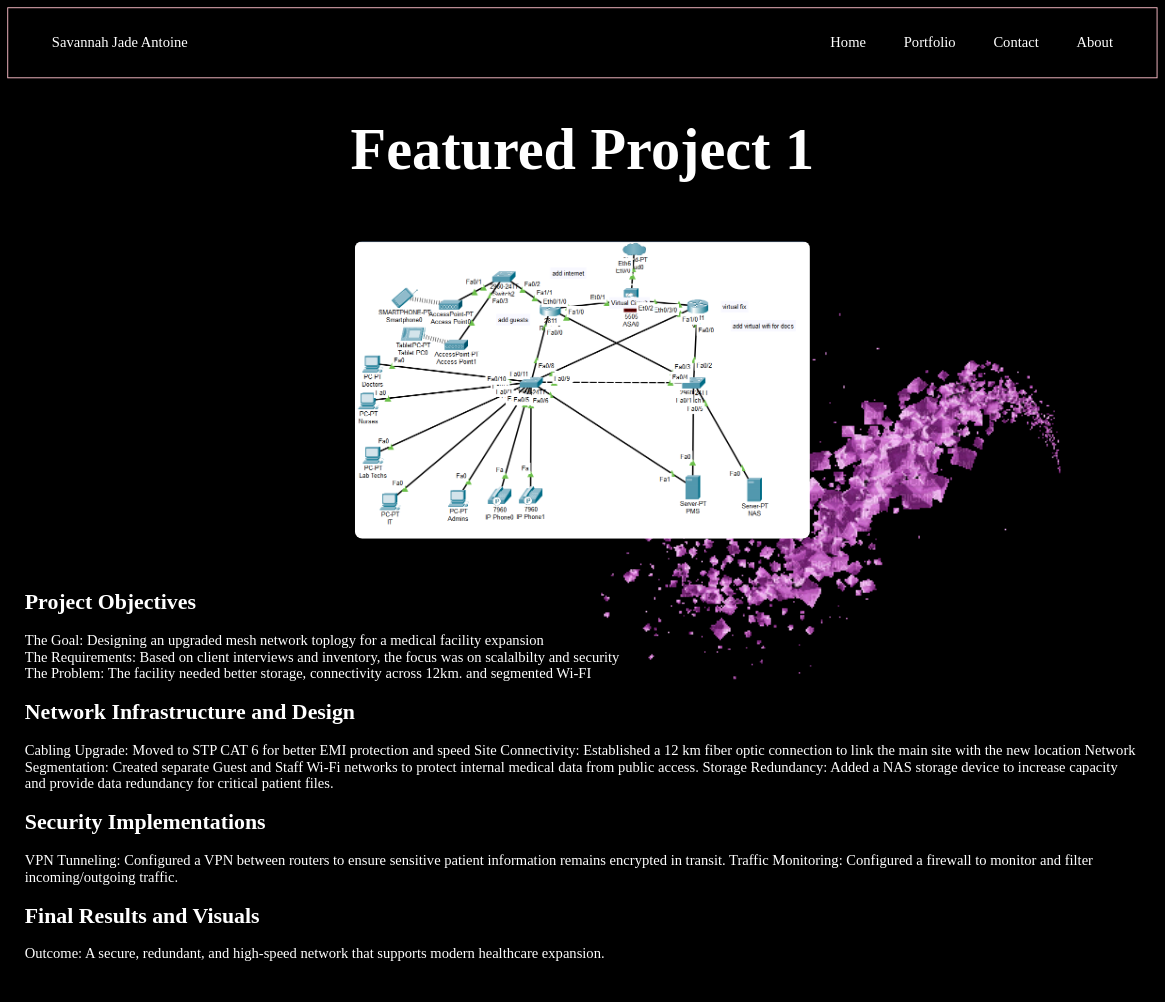
Repository: Savannah-Antoine/Savannah-Antoine
Page: pages/project-name-1.html
An editor plug-in stored every save of this project. The page is shown before and after the next save, followed by the edit.
The browser window is 1280 px wide. The pictures show the whole page, at 91% of full size.

Above is the page before, as saved 2026-05-15 15:39:11.

### pages/project-name-1.html
<!DOCTYPE html>
<html lang="en">
<head>
    <meta charset="UTF-8">
    <meta name="viewport" content="width=device-width, initial-scale=1.0">
    <link rel = "stylesheet" href = "../styles/page.css" />
    <link rel = "stylesheet" href = "../styles/globals.css" />
    <title>Document</title>
</head>
<body>
<header>
<nav>
        <ul class = "navigation">
  <li><a href="../index.html">Home</a></li>
  <li><a href="../pages/portfolioPage.html">Portfolio</a></li>
  <li><a href="../pages/contact.html">Contact</a></li>
  <li><a href="../pages/about.asp">About</a></li>
        </ul>

        <ul class = "homeButton">
           <li><a   href = "../index.html">Savannah Jade Antoine</a></li>
        </ul>
</nav>
    <h1>Featured Project 1</h1>
</header>
<main class = "container">


<div class = "project-visuals">
<img src = "../assets/images/Project1.png" alt = "First Portfolio placeholder image" />
</div>
<div class = "project-details">
<section>
<h2>Project Objectives</h2>
    <p>
        The Goal: Designing an upgraded mesh network toplogy for a medical facility expansion<br>
        The Requirements: Based on client interviews and inventory, the focus was on scalalbilty and security<br>
        The Problem: The facility needed better storage, connectivity across 12km. and segmented Wi-FI
    </p>
<h2>Network Infrastructure and Design</h2>
<p>
    Cabling Upgrade: Moved to STP CAT 6 for better EMI protection and speed
    Site Connectivity: Established a 12 km fiber optic connection to link the main site with the new location
    Network Segmentation: Created separate Guest and Staff Wi-Fi networks to protect internal medical data from public access.
     Storage Redundancy: Added a NAS storage device to increase capacity and provide data redundancy for critical patient files.
</p>


<h2>Security Implementations</h2>
<p>
VPN Tunneling: Configured a VPN between routers to ensure sensitive patient information remains encrypted in transit.

Traffic Monitoring: Configured a firewall to monitor and filter incoming/outgoing traffic.

</p>


<h2>Final Results and Visuals</h2>

<p>
    Outcome: A secure, redundant, and high-speed network that supports modern healthcare expansion.
</p>
</section>
</div>



</main>

</body>
</html>

### styles/page.css

.container{
  display: flex;
    flex-direction: column;
    align-items: left;
    gap: 2rem;
    padding: 1.2rem;

}

.project-details{
    text-align: left;
    justify-content: center;
}


body h1{
    font-size: 2.5rem;

}


img {
    width: 100%;
    max-width: 500px; /* Increased slightly for detail */
    height: auto;
    border-radius: 8px;
}

### styles/globals.css
body {
    background-color: black;
  background-image: url(/assets/images/background-pic.gif);
  background-repeat: no-repeat;
  background-size: cover;
  color: white;
  font-size: 1rem;
  text-align: center;
}

.homeButton{
  order: -1;
  list-style-type: none;
  margin: 0;
  padding: 0;
  display: flex;
  justify-content: left;

}

.navigation {
    display: grid;
    grid-template-columns: repeat(2, 1fr);
    gap: 0.6rem;
    text-align: right;
}




nav {
    display: flex;
    justify-content: space-between;
    align-items: center;
    padding: 1rem 2rem;

    border: 0.1rem solid pink;
    cursor: pointer;


}



nav ul {
    display: flex;
    list-style: none;
    gap: 1rem;
    margin: 0;
    padding: 0;
}
button {
    padding: 0.7rem 1.2rem;
    background-color: transparent;
    color: white;
    border: 0.1rem solid pink;
    cursor: pointer;
    transition: all 0.3s ease;
    border-radius: 0.2rem;
    gap: 1rem;
}
button:hover {
    background-color: pink;
    color: rgb(31, 1, 31);
    transform: translateY(-3px);
    box-shadow: 0 0.3rem 1rem rgba(255, 255, 255, 0.3);
}

.infoButtons {
    display: flex;
    justify-content: center;
    gap: 1.5rem;
    margin-top: 1.4rem;
    min-width: 100px;
    padding: 0.7rem 0.9rem;
}

li a {
  display: block;
  color: white;
  padding: 0.8rem 1rem;
  text-decoration: none;
}

ul li a:hover {
 background-color: pink;
  color: rgb(31, 1, 31);
  box-shadow: 0 0.5rem 0.9rem rgba(255, 255, 255, 0.3)
}

h1{

  font-size: 4rem;
}

@media screen and (min-width: 768px)
{




    #AboutMe img {
        width: 300px;
        border-radius: 10px;
    }
   body h1 {
        font-size: 4rem;
    }
    .container {
        flex-direction: row;
        flex-wrap: wrap;
        align-items: flex-start;
        justify-content: space-around;
    }
    .project-card {
        width: 30%;
        width:300px;
        min-width: 250px;
        text-align: center;
    }
    .project-card img{
       width: 100%;
    height: 250px;
    object-fit: cover;
    object-position: top;
    border-radius: 0.5rem;


    }


    .navigation{
        display:flex;
    }

}


@media screen and (min-width: 1000px)
{
    .container {
        margin: 0 auto;
    }
    .aboutMe {
        flex-direction: row;
        justify-content: center;
        align-items: flex-start;
        text-align: left;
        gap: 4rem;

    }
    #AboutMe
    {
        padding: 50px 10%;
        text-align: center;
        align-items:center;
        justify-content: center;
      max-width: 1000px;
    }

}

After the next save:
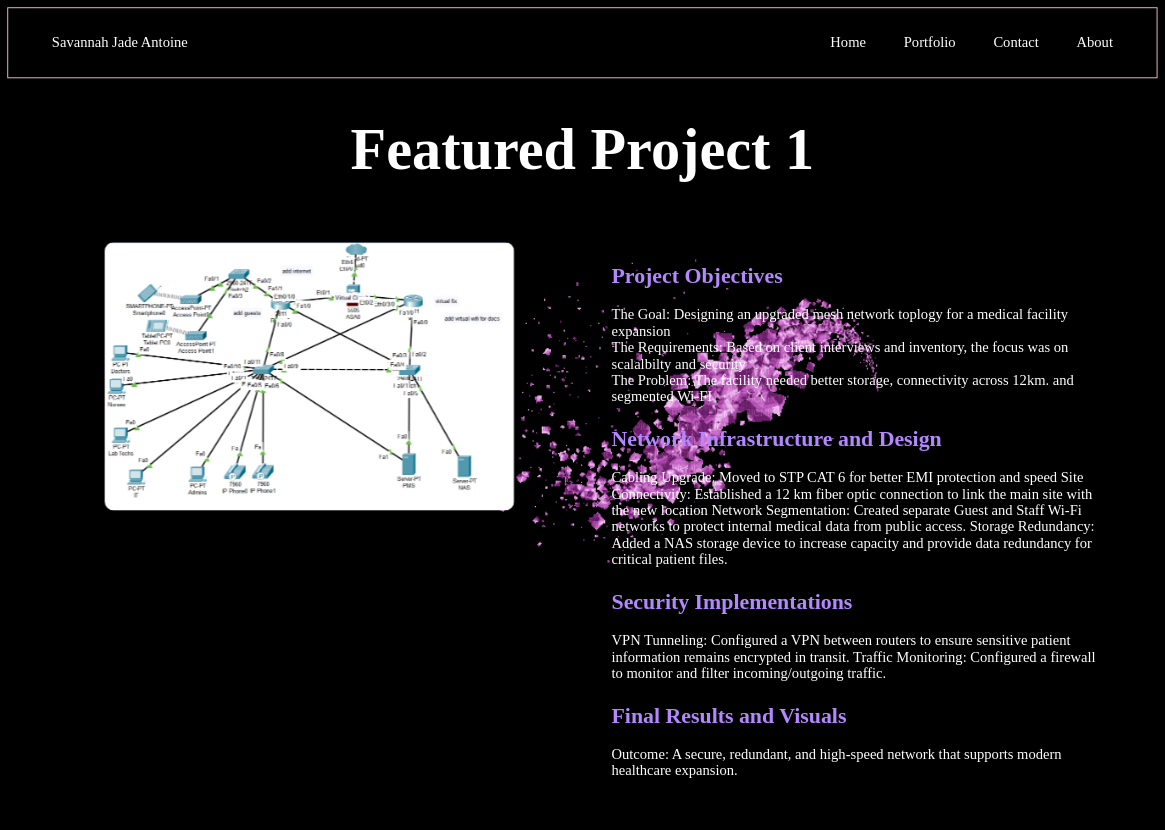
Saved 6 min 10 s later.
--- a/styles/page.css
+++ b/styles/page.css
@@ -1,12 +1,4 @@
 
-.container{
-  display: flex;
-    flex-direction: column;
-    align-items: left;
-    gap: 2rem;
-    padding: 1.2rem;
-
-}
 
 .project-details{
     text-align: left;
@@ -26,3 +18,58 @@ img {
     height: auto;
     border-radius: 8px;
 }
+
+.container {
+    display: flex;
+    flex-direction: column;
+    align-items: center;
+    gap: 2rem;
+    padding: 2rem 5%;
+}
+
+/* Make sure the headings look good on mobile first */
+h1 {
+    font-size: 2.5rem;
+    text-align: center;
+    margin-bottom: 2rem;
+}
+
+h2 {
+    color: #b388ff; /* Optional: Matching your purple accent */
+    margin-top: 1.5rem;
+}
+
+/* Ensure images don't overflow */
+img {
+    width: 100%;
+    max-width: 450px;
+    height: auto;
+    border-radius: 10px;
+}
+
+/* DESKTOP FIX (Side-by-side starts here) */
+@media screen and (min-width: 768px) {
+    h1 {
+        font-size: 4rem;
+    }
+
+    .container {
+        flex-direction: row;      /* Puts visuals and details next to each other */
+        align-items: flex-start;  /* Aligns the top of the image with the top of the text */
+        justify-content: center;
+        gap: 4rem;                /* Adds professional breathing room */
+        max-width: 1200px;
+        margin: 0 auto;           /* Centers the whole container on big screens */
+    }
+
+    .project-visuals {
+        flex: 1;                  /* Takes up half the space */
+        position: sticky;         /* Optional: keeps image visible while scrolling text */
+        top: 20px;
+    }
+
+    .project-details {
+        flex: 1;                  /* Takes up the other half */
+        text-align: left;         /* Makes technical lists easier to read */
+    }
+}
